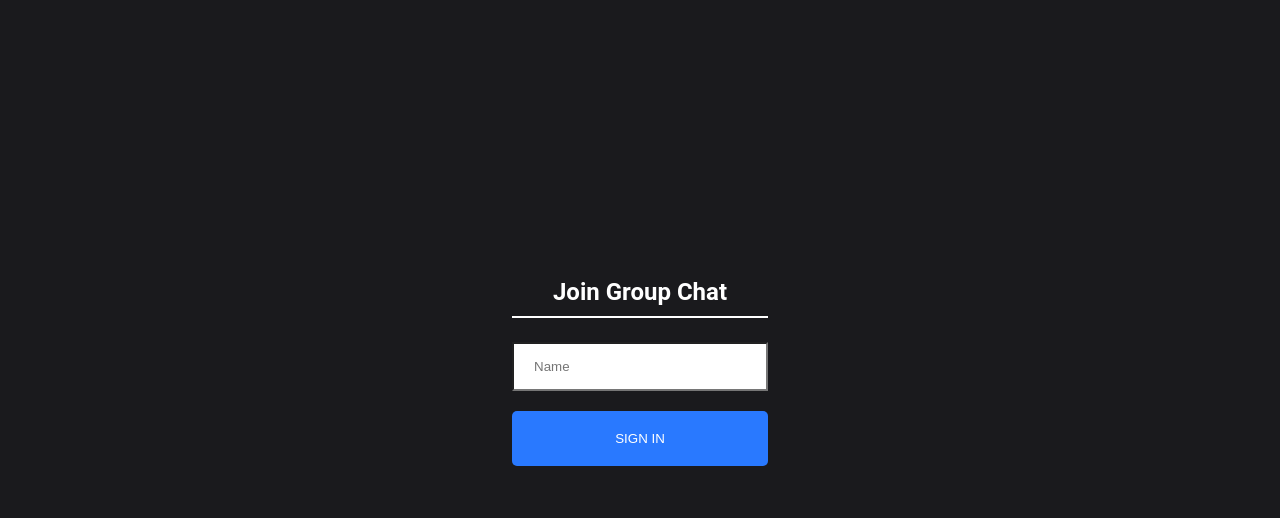
Repository: olawale7040/Luqman_Doodle_challenge
Page: /
The author's editor kept a copy of each file at every save. The page is drawn from the files as they stood at one save, then again after the next save.
The browser window is 1280 px wide. The pictures show the whole page.
The project was rebuilt for these pictures with package versions that can differ from the ones it lists, and the page was loaded fresh each time.

Above is the page before, as saved 2021-11-27 10:06:27.

After the next save:
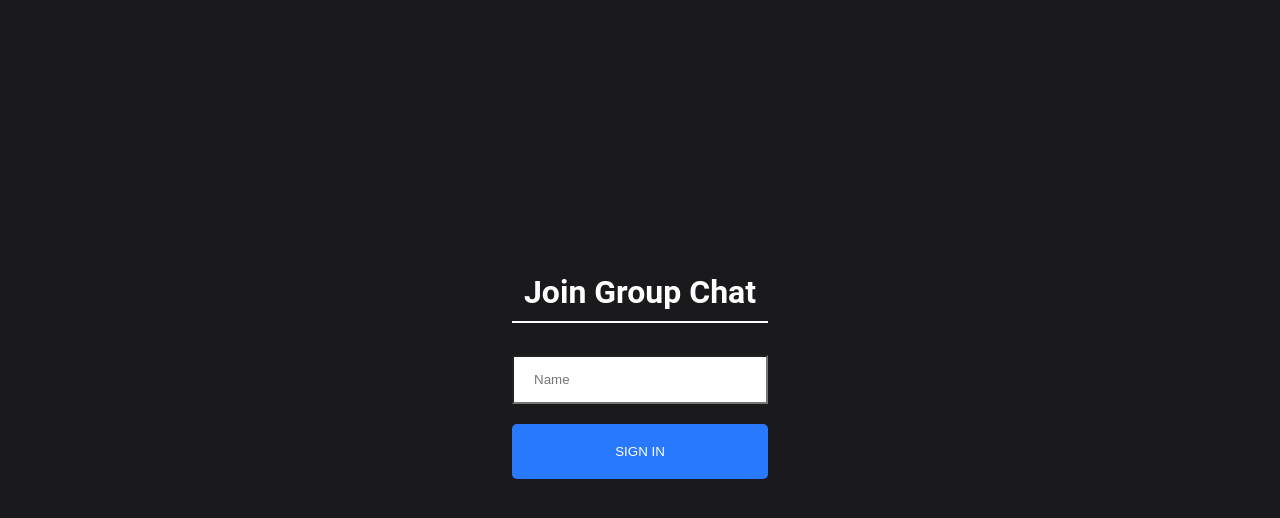
Saved 12 s later.
--- a/src/views/Join/Join.css
+++ b/src/views/Join/Join.css
@@ -34,7 +34,7 @@ body {
 
 .heading {
   color: white;
-  font-size: 1.5em;
+  font-size: 2em;
   padding-bottom: 10px;
   border-bottom: 2px solid white;
 }
